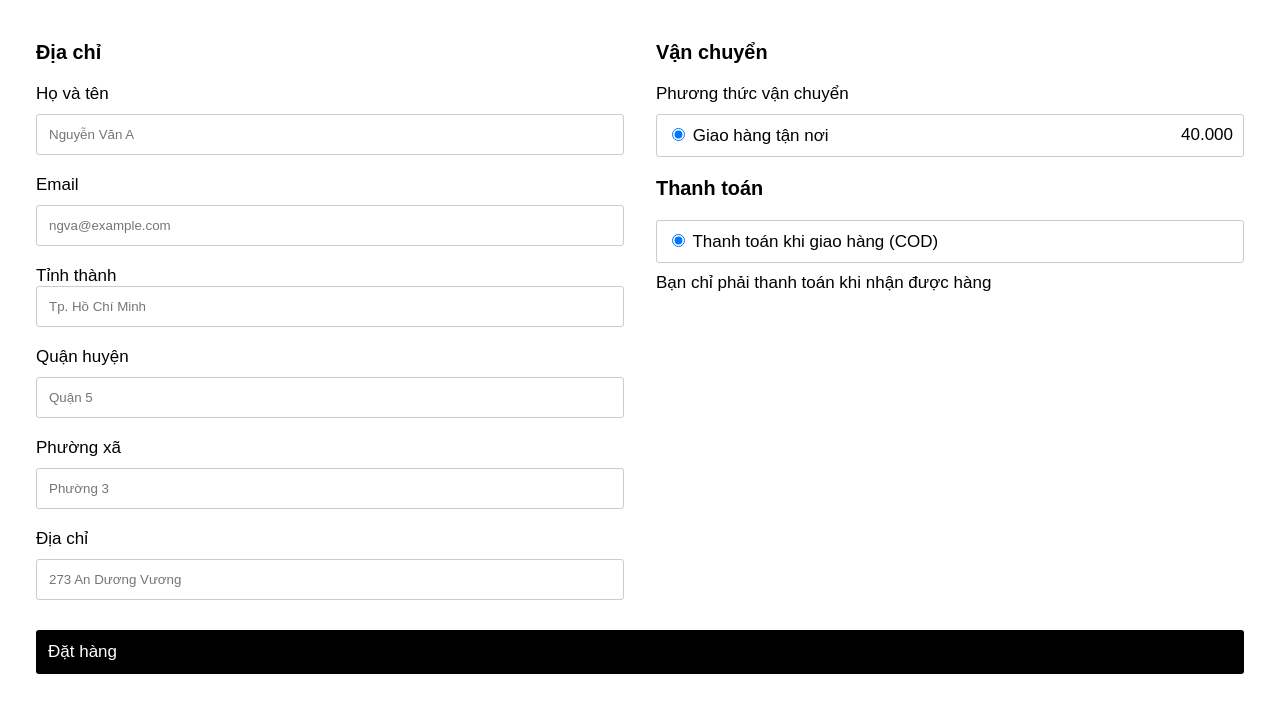
Repository: RennoPMXK/doan
Page: doan_thanhtoan.html
The author's editor kept a copy of each file at every save. The page is drawn from the files as they stood at one save, then again after the next save.
The browser window is 1280 px wide. The pictures show the whole page.

Above is the page before, as saved 2021-12-05 22:53:13.

After the next save:
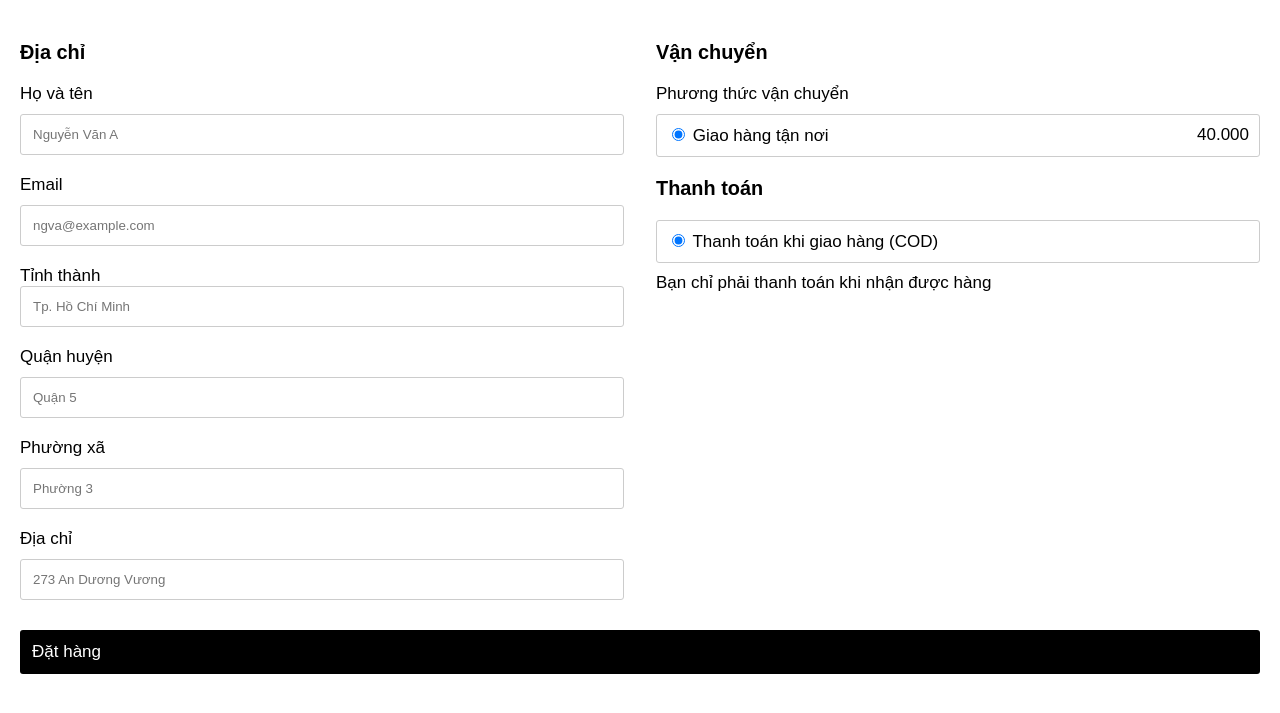
Saved 75 s later.
--- a/doan_thanhtoan.html
+++ b/doan_thanhtoan.html
@@ -30,8 +30,8 @@ body {
   flex: 50%;
 }
 
-.col-75 {
-  flex: 75%;
+.col-100 {
+  flex: 100%;
 }
 
 .col-25,
@@ -127,7 +127,7 @@ a:active {
 
 
 <div class="row1">
-    <div class="col-75">
+    <div class="col-100">
         <div class="container">
         <form action="/action_page.php">
 
@@ -172,7 +172,7 @@ a:active {
                 </div>
             </div>
 
-            <input onclick="AddToBill()"  value="Đặt hàng" class="btn">
+            <input value="Đặt hàng" class="btn">
         </form>
     </div>
 </div>
